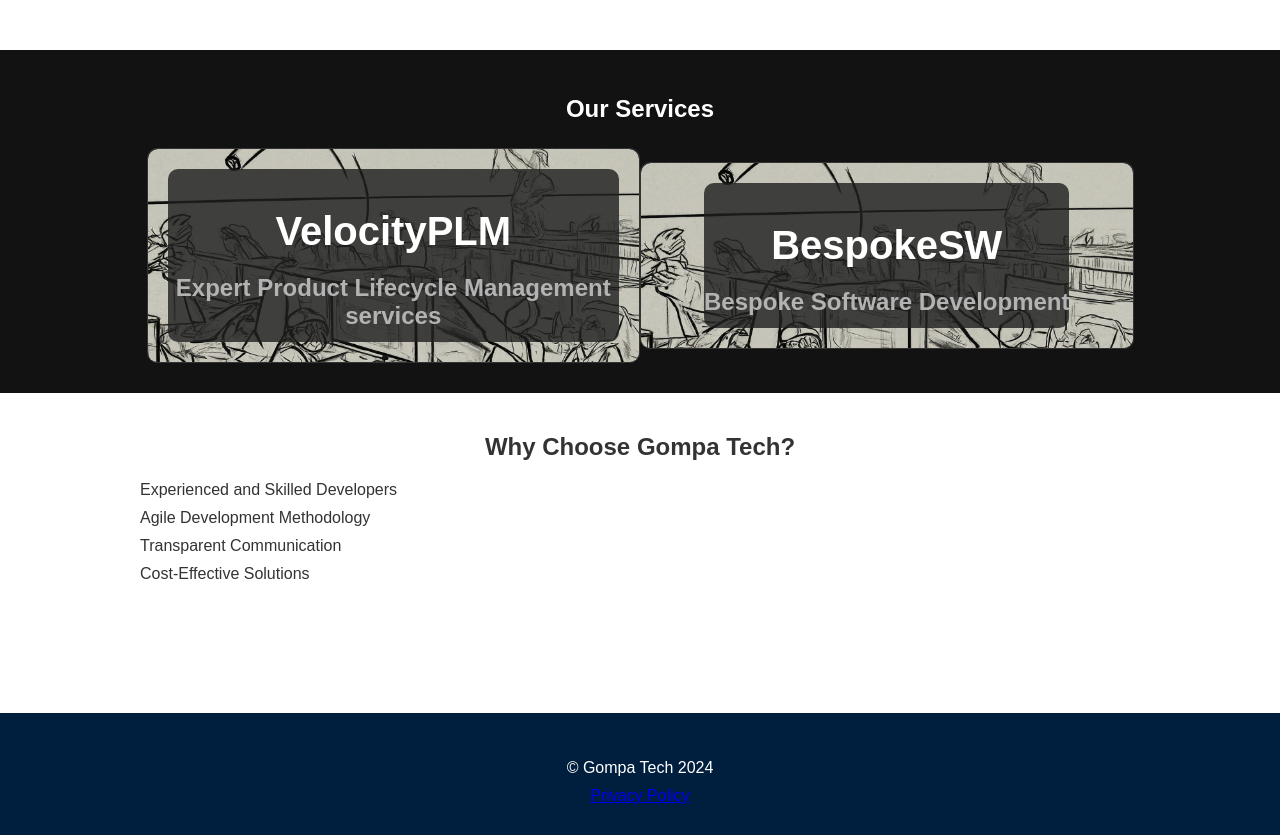
Repository: gompatech/website
Page: d3/index.html
The author's editor kept a copy of each file at every save. The page is drawn from the files as they stood at one save, then again after the next save.
The browser window is 1280 px wide. The pictures show the part of the page from y = 257 to 1092 px (the page is 1092 px tall).

Above is the page before, as saved 2024-07-24 12:25:01.

After the next save:
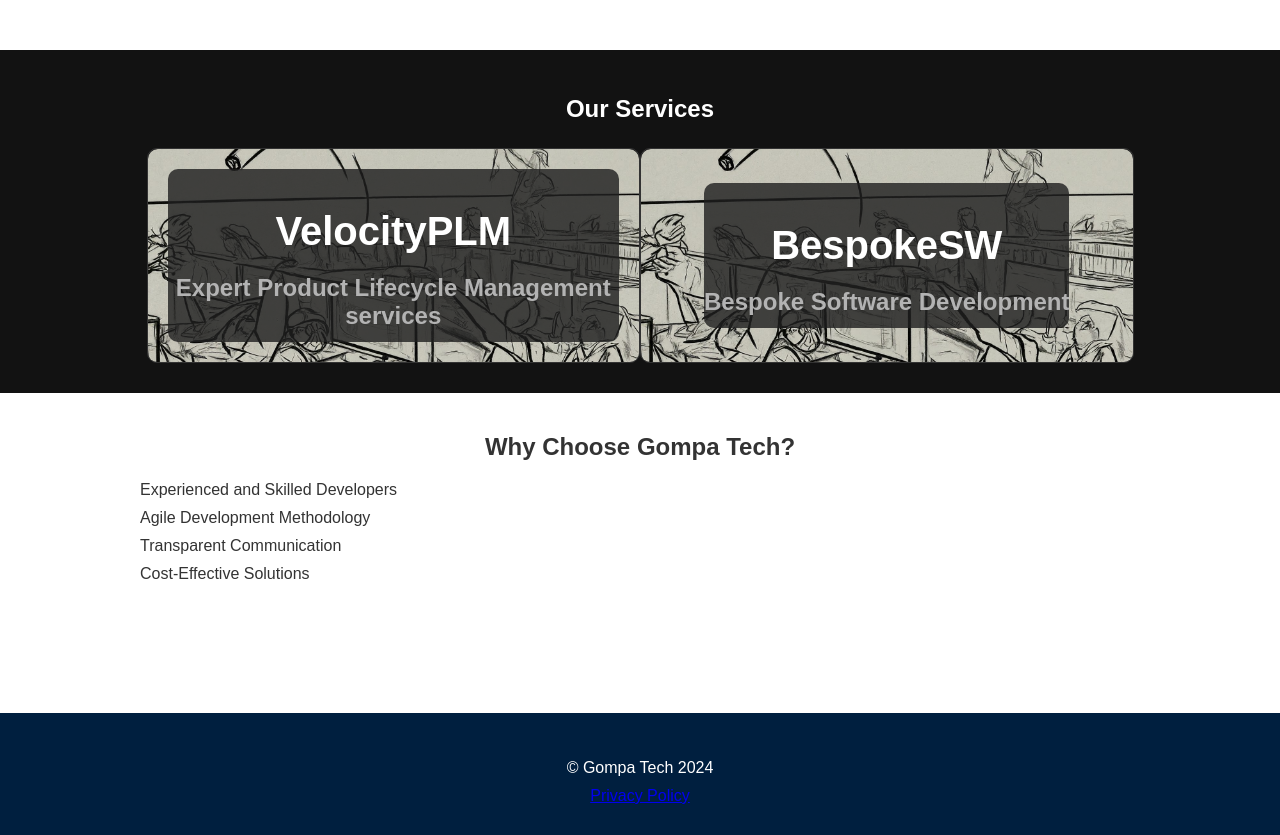
Saved 2 min 8 s later.
--- a/d3/index.html
+++ b/d3/index.html
@@ -75,6 +75,7 @@
     </div>
   </footer>
 </body>
+
 <style>
   .services {
       font-family: Arial, sans-serif;
@@ -83,7 +84,7 @@
       display: flex;
       flex-wrap: wrap;
       justify-content: center;
-      align-items: center;
+      align-items: stretch;
       background-color: #121212;
       color: #ffffff;
       padding: 5px;
